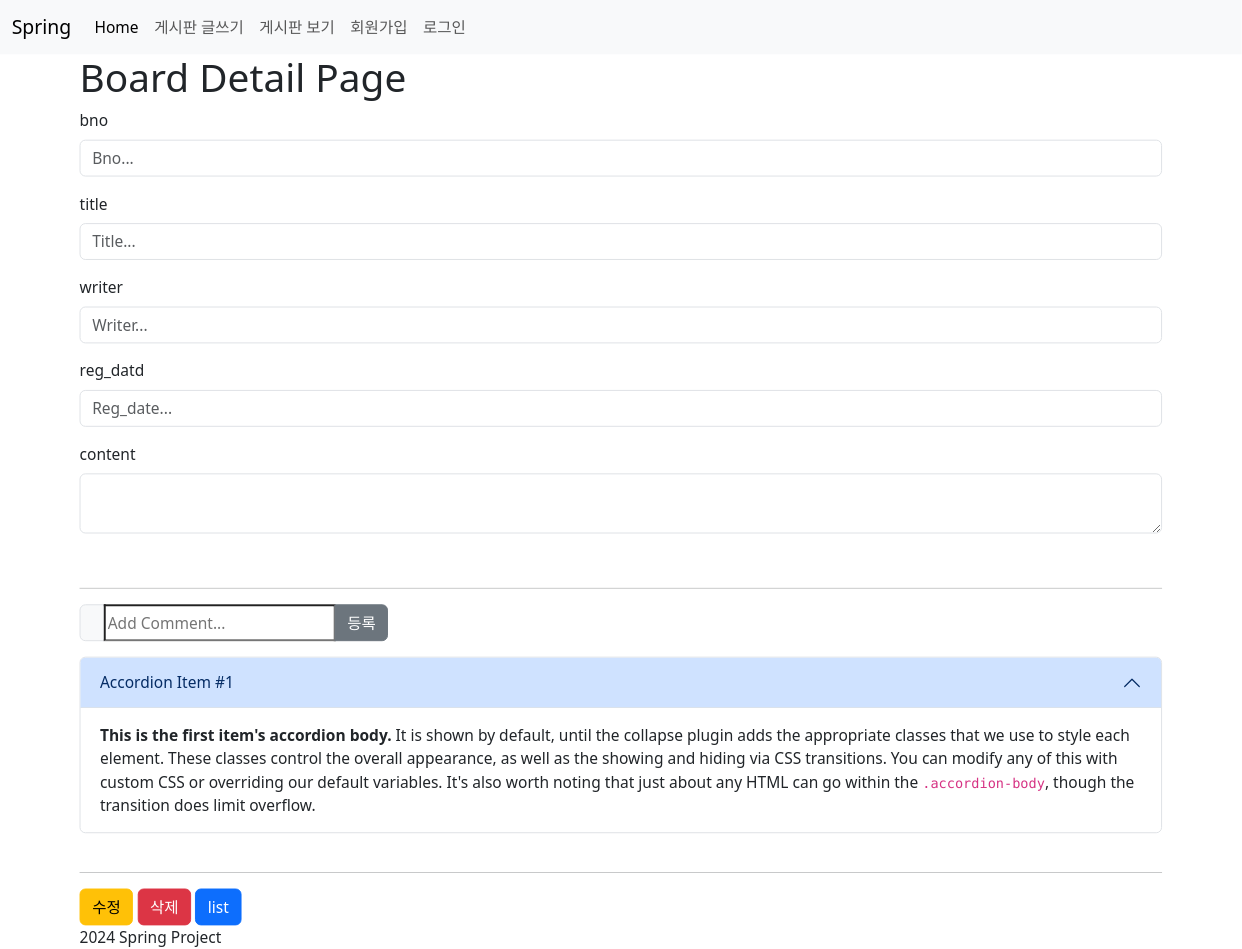
Repository: havanara/240423_SPRING_Project
Page: http://localhost/spring_study/WEB-INF/views/board/detail.jsp
These files come from the project's save history. The page is drawn as it stood at one moment and after the next save; the edit follows.
The browser window is 1280 px wide. The pictures show the whole page, at 97% of full size.
The page is served by Tomcat 9. Nobody is signed in. The template is opened directly, without the code that normally fills it, so the values that code supplies are empty.

Above is the page before, as saved 2024-04-26 02:48:00.

### spring_study/src/main/webapp/WEB-INF/views/board/detail.jsp
<%@ page language="java" contentType="text/html; charset=UTF-8"
    pageEncoding="UTF-8"%>

<jsp:include page="../layout/header.jsp" />

<div class="container-md">
<h1>Board Detail Page</h1>
	<div class="mb-3">
	  <label for="n" class="form-label">bno</label>
	  <input type="text" class="form-control" name="bno" id="n" value="${bvo.bno }" readonly="readonly" placeholder="Bno...">
	</div>
	<div class="mb-3">
	  <label for="t" class="form-label">title</label>
	  <input type="text" class="form-control" name="title" id="t" value="${bvo.title }" readonly="readonly" placeholder="Title...">
	</div>
	<div class="mb-3">
	  <label for="w" class="form-label">writer</label>
	  <input type="text" class="form-control" name="writer" id="w" value="${bvo.writer }" readonly="readonly" placeholder="Writer...">
	</div>
	<div class="mb-3">
	  <label for="r" class="form-label">reg_datd</label>
	  <input type="text" class="form-control" name="reg_date" id="r" value="${bvo.reg_date }" readonly="readonly" placeholder="Reg_date...">
	</div>
	<div class="mb-3">
	  <label for="c" class="form-label">content</label>
	  <textarea class="form-control" name="content" id="c" aria-label="With textarea" readonly="readonly">${bvo.content }</textarea>
	</div>
	<br> <hr>

	<!-- 댓글 라인 -->
	<!-- 댓글 등록 라인 -->
	<div class="input-group mb-3">
	  <span class="input-group-text" id="cmtWriter">${ses.id }</span>
	  <input type="text" class="cmtText" placeholder="Add Comment..." aria-label="Username" aria-describedby="basic-addon1">
	  <button type="button" id="cmtAddBtn" class="btn btn-secondary">등록</button>
	</div>

	<!-- 댓글 출력 라인 -->
	<div class="accordion" id="accordionExample">
	  <div class="accordion-item">
	    <h2 class="accordion-header">
	      <button class="accordion-button" type="button" data-bs-toggle="collapse" data-bs-target="#collapseOne" aria-expanded="true" aria-controls="collapseOne">
	        Accordion Item #1
	      </button>
	    </h2>
	    <div id="collapseOne" class="accordion-collapse collapse show" data-bs-parent="#accordionExample">
	      <div class="accordion-body">
	        <strong>This is the first item's accordion body.</strong> It is shown by default, until the collapse plugin adds the appropriate classes that we use to style each element. These classes control the overall appearance, as well as the showing and hiding via CSS transitions. You can modify any of this with custom CSS or overriding our default variables. It's also worth noting that just about any HTML can go within the <code>.accordion-body</code>, though the transition does limit overflow.
	      </div>
	    </div>
	  </div>
	</div>
	<br> <hr>

	<a href="/board/modify?bno=${bvo.bno }"><button type="button" class="btn btn-warning">수정</button></a>
	<a href="/board/remove?bno=${bvo.bno }"><button type="button" class="btn btn-danger">삭제</button></a>
	<a href="/board/list"><button type="button" class="btn btn-primary">list</button></a>
</div>

<jsp:include page="../layout/footer.jsp" />

</body>
</html>

### spring_study/src/main/webapp/WEB-INF/views/layout/header.jsp
<%@ page language="java" contentType="text/html; charset=UTF-8"
    pageEncoding="UTF-8"%>
    <%@ taglib uri="http://java.sun.com/jsp/jstl/core" prefix="c" %>
<!DOCTYPE html>
<html>
<head>
<meta charset="UTF-8">
<title>header.jsp</title>
<link href="https://cdn.jsdelivr.net/npm/bootstrap@5.3.3/dist/css/bootstrap.min.css" rel="stylesheet" integrity="sha384-QWTKZyjpPEjISv5WaRU9OFeRpok6YctnYmDr5pNlyT2bRjXh0JMhjY6hW+ALEwIH" crossorigin="anonymous">
<script src="https://cdn.jsdelivr.net/npm/bootstrap@5.3.3/dist/js/bootstrap.bundle.min.js" integrity="sha384-YvpcrYf0tY3lHB60NNkmXc5s9fDVZLESaAA55NDzOxhy9GkcIdslK1eN7N6jIeHz" crossorigin="anonymous"></script>
</head>
<body>
<nav class="navbar navbar-expand-lg bg-body-tertiary">
  <div class="container-fluid">
    <a class="navbar-brand" href="#">Spring</a>
    <button class="navbar-toggler" type="button" data-bs-toggle="collapse" data-bs-target="#navbarSupportedContent" aria-controls="navbarSupportedContent" aria-expanded="false" aria-label="Toggle navigation">
      <span class="navbar-toggler-icon"></span>
    </button>
    <div class="collapse navbar-collapse" id="navbarSupportedContent">
      <ul class="navbar-nav me-auto mb-2 mb-lg-0">
        <li class="nav-item">
          <a class="nav-link active" aria-current="page" href="/">Home</a>
        </li>
        <li class="nav-item">
          <a class="nav-link" href="/board/register">게시판 글쓰기</a>
        </li>
        <li class="nav-item">
          <a class="nav-link" href="/board/list">게시판 보기</a>
        </li>
        <li class="nav-item">
          <a class="nav-link" href="/member/register">회원가입</a>
        </li>

        <c:if test="${ses.id eq null }">
        <li class="nav-item">
          <a class="nav-link" href="/member/login">로그인</a>
        </li>
        </c:if>

        <c:if test="${ses.id ne null }">
        <li class="nav-item">
          <a class="nav-link" href="/member/logout">로그아웃</a>
        </li>

        <li class="nav-item">
          <a class="nav-link" href="/member/modify">${ses.id }(${ses.email })님 환영합니다!</a>
        </li>
        </c:if>

      </ul>
    </div>
  </div>
</nav>

### spring_study/src/main/webapp/WEB-INF/views/layout/footer.jsp
<%@ page language="java" contentType="text/html; charset=UTF-8"
    pageEncoding="UTF-8"%>
<!DOCTYPE html>

<div class="container-md">
	2024 Spring Project
</div>

</body>
</html>

After the next save:
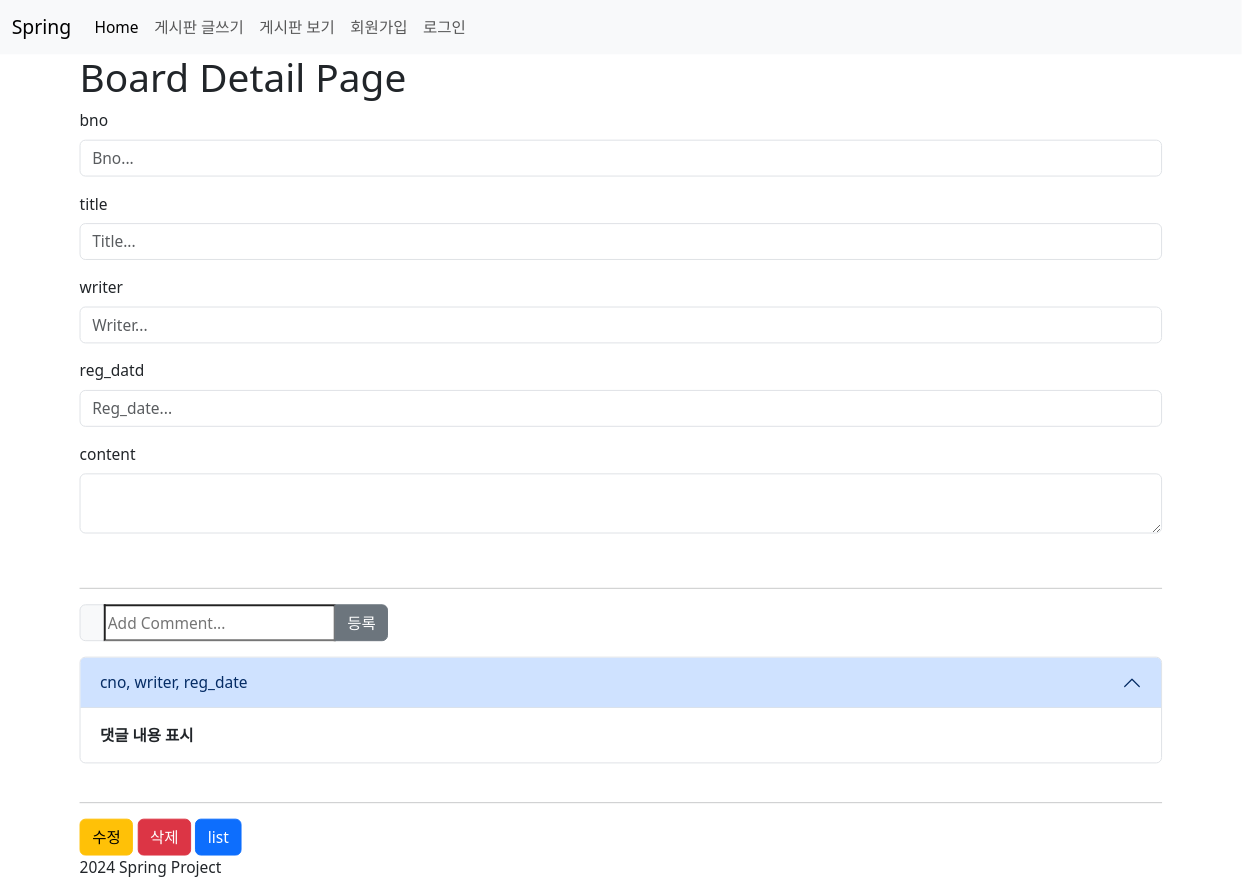
Saved 55 s later.
--- a/spring_study/src/main/webapp/WEB-INF/views/board/detail.jsp
+++ b/spring_study/src/main/webapp/WEB-INF/views/board/detail.jsp
@@ -40,12 +40,12 @@
 	  <div class="accordion-item">
 	    <h2 class="accordion-header">
 	      <button class="accordion-button" type="button" data-bs-toggle="collapse" data-bs-target="#collapseOne" aria-expanded="true" aria-controls="collapseOne">
-	        Accordion Item #1
+	        cno, writer, reg_date
 	      </button>
 	    </h2>
 	    <div id="collapseOne" class="accordion-collapse collapse show" data-bs-parent="#accordionExample">
 	      <div class="accordion-body">
-	        <strong>This is the first item's accordion body.</strong> It is shown by default, until the collapse plugin adds the appropriate classes that we use to style each element. These classes control the overall appearance, as well as the showing and hiding via CSS transitions. You can modify any of this with custom CSS or overriding our default variables. It's also worth noting that just about any HTML can go within the <code>.accordion-body</code>, though the transition does limit overflow.
+	        <strong>댓글 내용 표시</strong>
 	      </div>
 	    </div>
 	  </div>
